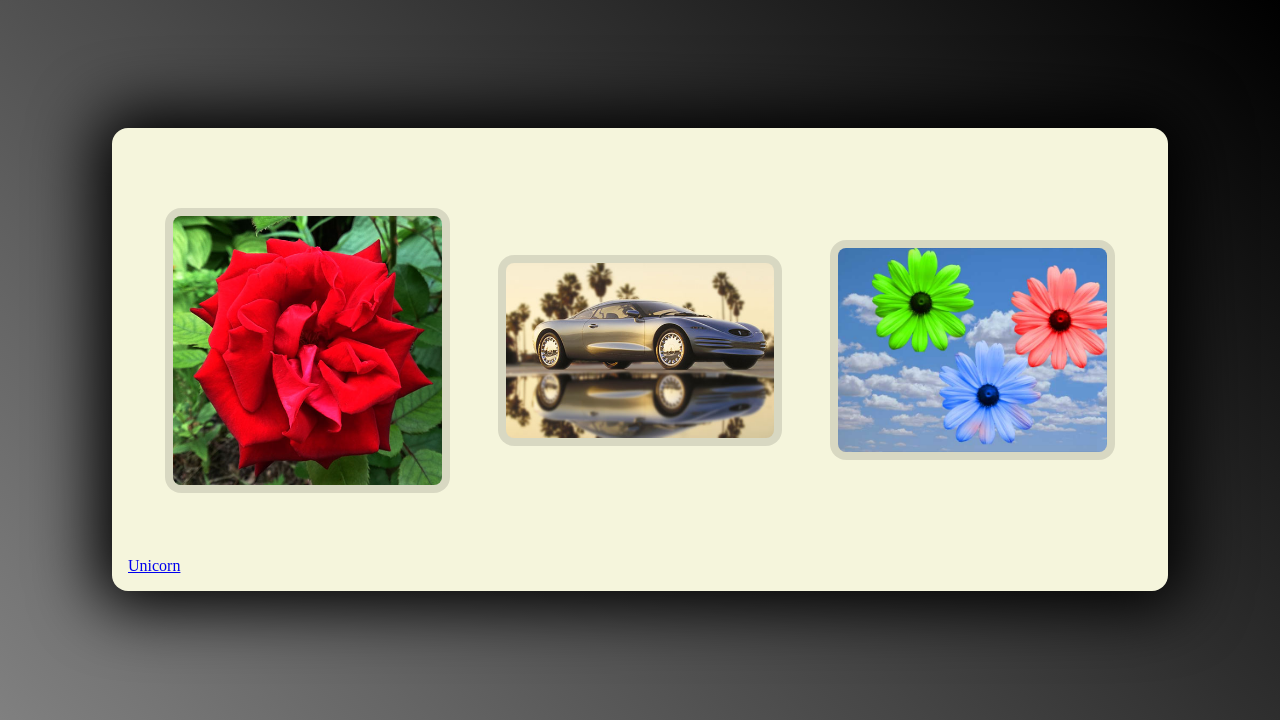
Repository: ViggoSkj/VGY
Page: ovningar/photoshopovning/photoshopovning.html
These files come from the project's save history. The page is drawn as it stood at one moment and after the next save; the edit follows.
The browser window is 1280 px wide. The pictures show the whole page.

Above is the page before, as saved 2022-11-27 12:13:44.

### ovningar/photoshopovning/photoshopovning.html
<!DOCTYPE html>
<html lang="en">
    <head>
        <meta charset="UTF-8">
        <meta http-equiv="X-UA-Compatible" content="IE=edge">
        <meta name="viewport" content="width=device-width, initial-scale=1.0">
        <title>Document</title>
        <link rel="stylesheet" href="public/css/style.css">
    </head>
    <body>
        <div class="container">
            <div class="images">
                <img src="public/images/ros_edited.jpg" alt="ros">
                <img src="public/images/bil_edited.jpg" alt="bil">
                <img src="public/images/sky_and_flower.jpg" alt="1 röd, 1, blå och 1 grönn blomma på en himmel">
            </div>

            <div id="myfooter">
                <a href="https://validator.w3.org/unicorn/check?ucn_uri=labb.vgy.se/~viggosg/ovningar/photoshopovningar.html&ucn_task=conformance">Unicorn</a>
             </div>
        </div>
    </body>
</html>

### ovningar/photoshopovning/public/css/style.css
body
{
    background-image: linear-gradient(45deg, gray, black);
    display: flex;
    height: 100%;
    margin: 0;
    background-repeat: no-repeat;
    background-attachment: fixed;
}

.container
{
    background-color: beige;
    margin: auto;
    margin-top: 8em;
    align-items: center;
    width: 80%;
    border-radius: 1em;
    padding: 1em;
    box-shadow: 0em 0em 4em 1em black;
}

img
{

    width: 30%;
    border-radius: 1em;
    padding: 0.5em;
    background-color: rgba(0, 0, 0, 0.116);
}

.images
{
    display: flex;
    justify-content: center;
    gap: 3em;
    align-items: center;
    padding: 2em;
    margin: 2em;
}

After the next save:
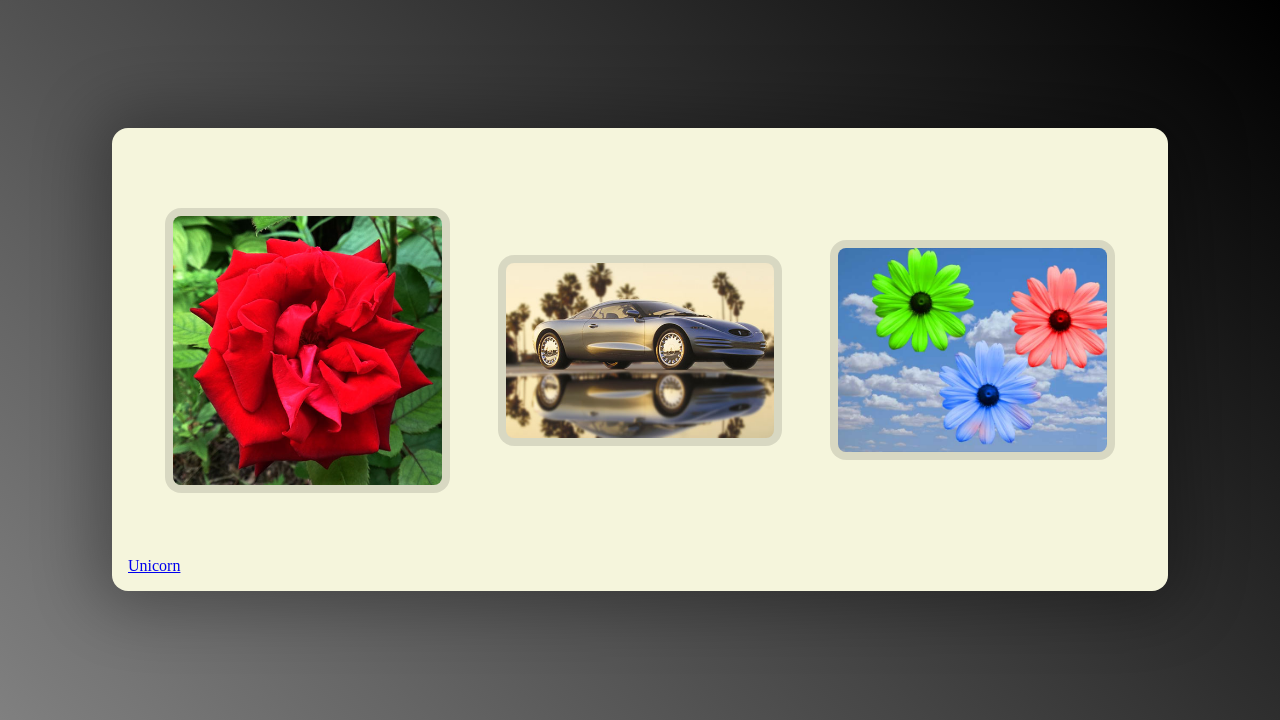
Saved 8 s later.
--- a/ovningar/photoshopovning/public/css/style.css
+++ b/ovningar/photoshopovning/public/css/style.css
@@ -17,7 +17,7 @@ body
     width: 80%;
     border-radius: 1em;
     padding: 1em;
-    box-shadow: 0em 0em 4em 1em black;
+    box-shadow: 0em 0em 4em 1em rgba(0, 0, 0, 0.301);
 }
 
 img
